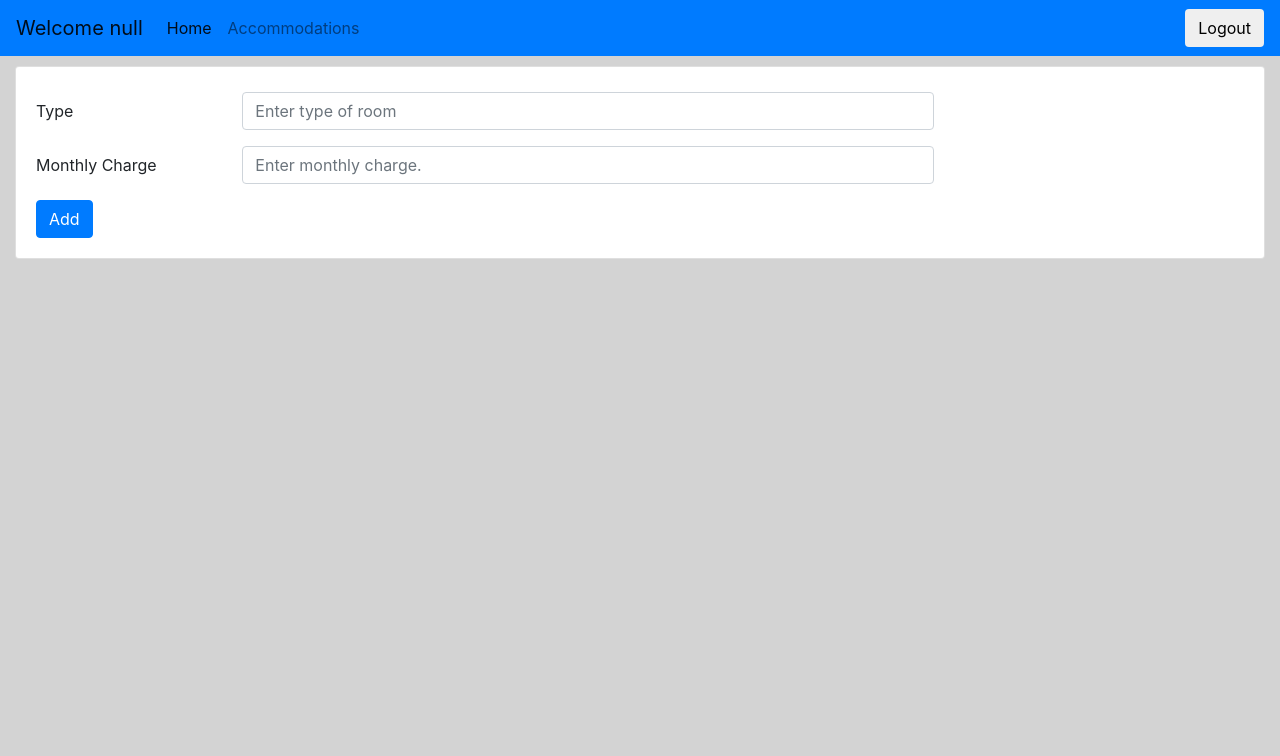
Repository: Bishodeep/AccommodationServlet
Page: http://localhost/AccomodationPortal/addaccommodation.jsp
These files come from the project's save history. The page is drawn as it stood at one moment and after the next save; the edit follows.
The browser window is 1280 px wide. The pictures show the whole page.
The page is served by Tomcat 9. Other server files are loaded and not shown.

Above is the page before, as saved 2020-04-14 02:01:42.

### AccomodationPortal/WebContent/addaccommodation.jsp
<%@ page language="java" contentType="text/html; charset=ISO-8859-1"
	pageEncoding="ISO-8859-1"%>
<!DOCTYPE html>
<html>
<head>
<meta charset="ISO-8859-1">
<title>Add Accommodation</title>
</head>
<body>
	<%@include file='navbaradmin.jsp'%>
	<div class="col-md-12 container " style="height: 700px">
		<div class="card">
			<div class="card-body">
				<form action="addaccommodationtype" method="post">
					<div class="form-group row">
						<label for="type" class="col-sm-2 col-form-label"> Type</label>
						<div class="col-sm-7">
							<input type="text" class="form-control" name="type"
								placeholder="Enter type of room">
						</div>
					</div>

					<div class="form-group row">
						<label for="charge" class="col-sm-2 col-form-label">
							Monthly Charge</label>
						<div class="col-sm-7">
							<input type="text" class="form-control" name="charge"
								placeholder="Enter monthly charge.">
						</div>
					</div>

					<button type="submit" class="btn btn-primary"
						style="align-items: center;">Add</button>
				</form>
			</div>
		</div>
	</div>
</body>
</html>

### AccomodationPortal/WebContent/navbaradmin.jsp
<%@ page language="java" contentType="text/html; charset=ISO-8859-1"
    pageEncoding="ISO-8859-1"%>
    <% HttpSession sessionad = request.getSession(false);
String user = (String) sessionad.getAttribute("username");
String rolename = (String) sessionad.getAttribute("rolename");
%>
<%@ taglib uri="http://java.sun.com/jsp/jstl/core" prefix="c"%>
<!DOCTYPE html>
<html>
<head>
<meta charset="ISO-8859-1">
<title>Accommodation Portal</title>
<link rel="stylesheet" href="https://maxcdn.bootstrapcdn.com/bootstrap/4.0.0/css/bootstrap.min.css" integrity="sha384-Gn5384xqQ1aoWXA+058RXPxPg6fy4IWvTNh0E263XmFcJlSAwiGgFAW/dAiS6JXm" crossorigin="anonymous">
<style>
body {
  background-color: lightgray;
}
.container{
padding-top: 10px;
}
.card{
padding-top: 5px;
}
.table{
padding-top: 5px;
}
</style>
</head>
<body>
<nav class="navbar navbar-expand-lg navbar-light bg-primary">
  <button class="navbar-toggler" type="button" data-toggle="collapse" data-target="#navbarTogglerDemo01" aria-controls="navbarTogglerDemo01" aria-expanded="false" aria-label="Toggle navigation">
    <span class="navbar-toggler-icon"></span>
  </button>
  <div class="collapse navbar-collapse" id="navbarTogglerDemo01">
    <a class="navbar-brand" href="#">Welcome <%=user %> </a>
    <ul class="navbar-nav mr-auto mt-2 mt-lg-0">
      <li class="nav-item active">
        <a class="nav-link" href="#">Home <span class="sr-only">(current)</span></a>
      </li>
      <li class="nav-item">
        <a class="nav-link" href="addaccommodations">Accommodations</a>
      </li>
    </ul>
   <form class="form-inline my-2 my-lg-0"  action="logout"  method="post">
      <button class="btn btn-outline-default my-2 my-sm-0" type="submit">Logout</button>
    </form>
  </div>
</nav>
</body>
<!-- <footer>
 <strong>Copyright &copy; 2020 <a href="http://adminlte.io">Mishal</a>.</strong>
    All rights reserved.
    <div class="float-right d-none d-sm-inline-block">
      <b>Version</b> 1.0.0
    </div>
</footer> -->
</html>

After the next save:
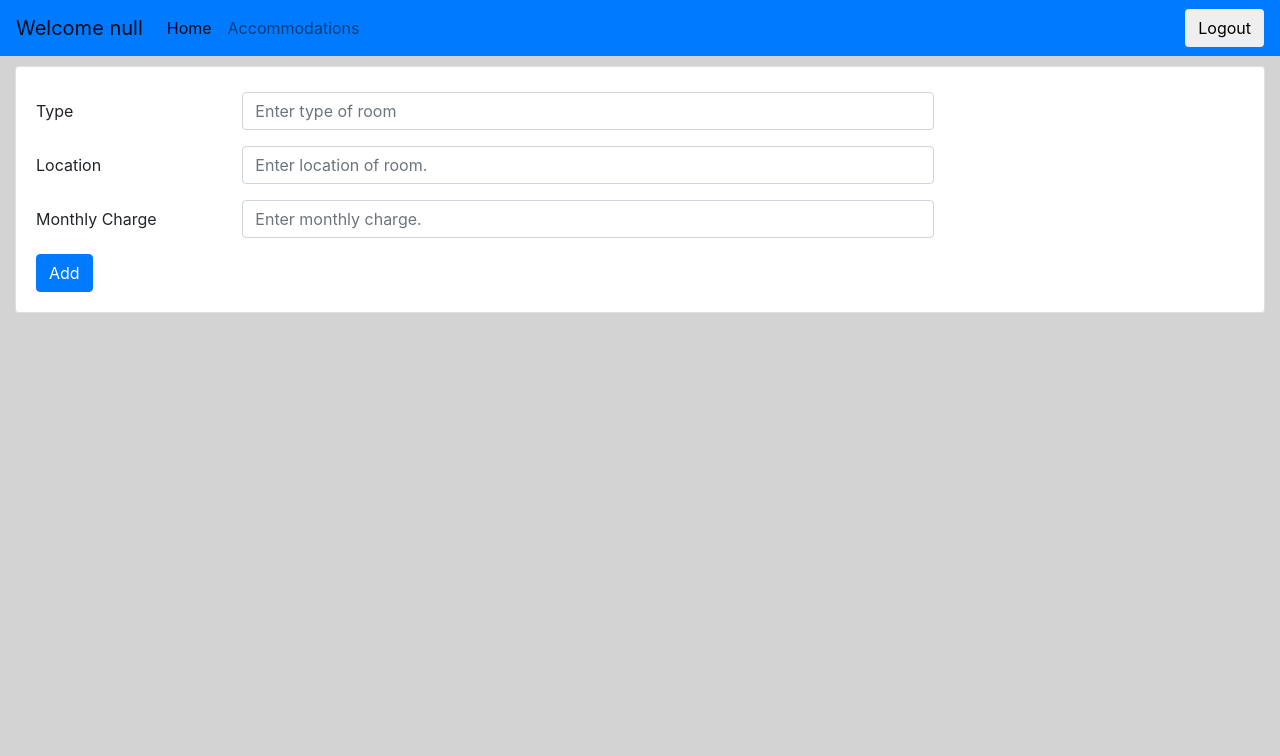
Saved 36 s later.
--- a/AccomodationPortal/WebContent/addaccommodation.jsp
+++ b/AccomodationPortal/WebContent/addaccommodation.jsp
@@ -19,7 +19,14 @@
 								placeholder="Enter type of room">
 						</div>
 					</div>
-
+					<div class="form-group row">
+						<label for="location" class="col-sm-2 col-form-label">
+							Location</label>
+						<div class="col-sm-7">
+							<input type="text" class="form-control" name="location"
+								placeholder="Enter location of room.">
+						</div>
+					</div>
 					<div class="form-group row">
 						<label for="charge" class="col-sm-2 col-form-label">
 							Monthly Charge</label>
